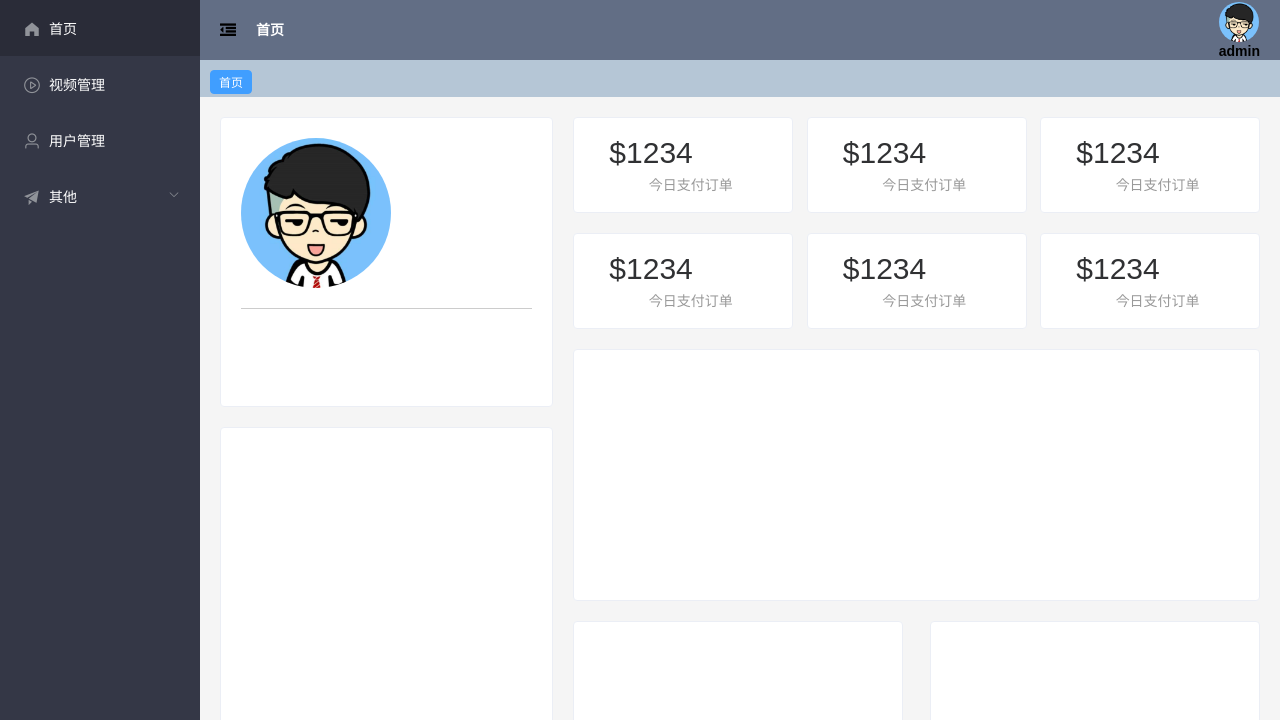
Repository: coWhy/vue-manage
Page: /
An editor plug-in stored every save of this project. The page is shown before and after the next save, followed by the edit.
The browser window is 1280 px wide. The pictures show the whole page.
An inner scrolling area shows only its first screen. The project was rebuilt for these pictures with package versions that can differ from the ones it lists, and the page was loaded fresh each time. Also part of the build but not shown: vue.config.js.

Above is the page before, as saved 2020-04-13 23:11:31.

After the next save:
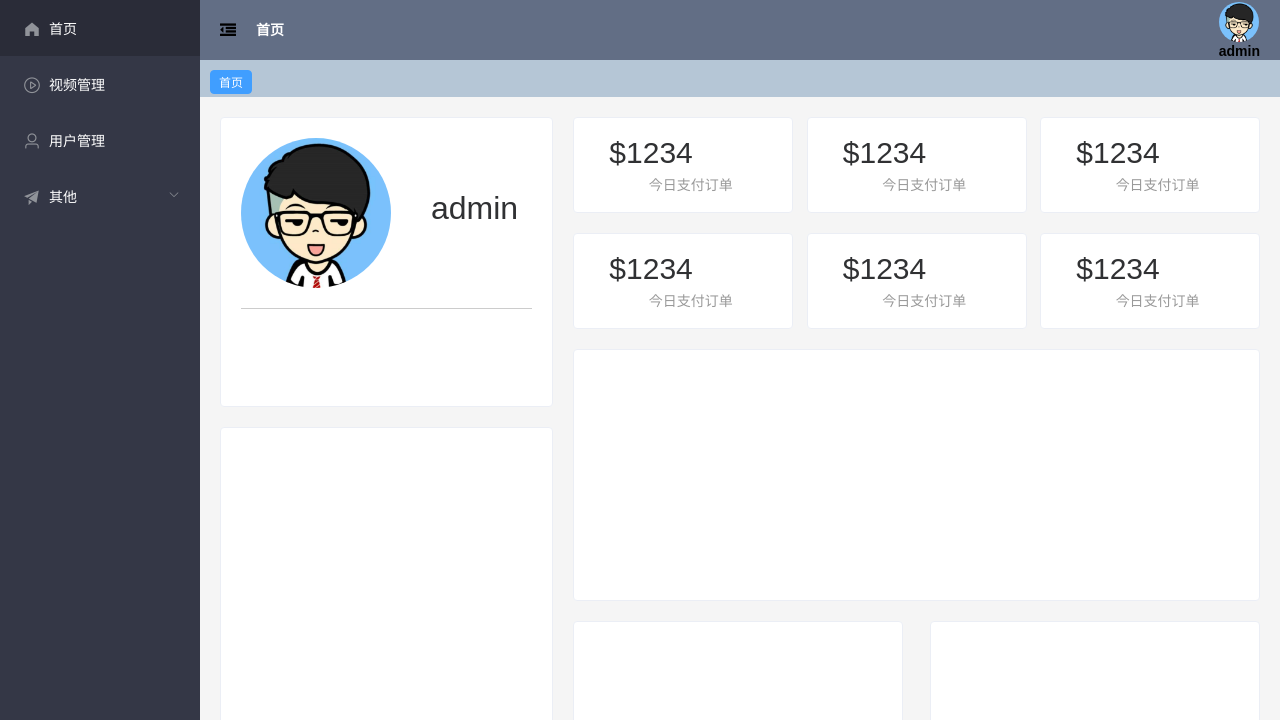
Saved 39 s later.
--- a/src/views/home/index.vue
+++ b/src/views/home/index.vue
@@ -7,7 +7,9 @@
         <!-- 头像部分 -->
         <div class="user">
           <img :src="userInfo.avatar" />
-          <div class="userinfo"></div>
+          <div class="userinfo">
+            <p class="name">{{ userInfo.username }}</p>
+          </div>
         </div>
         <!-- 登录后的相关信息描述 如ip 等-->
         <div class="login-info"></div>
